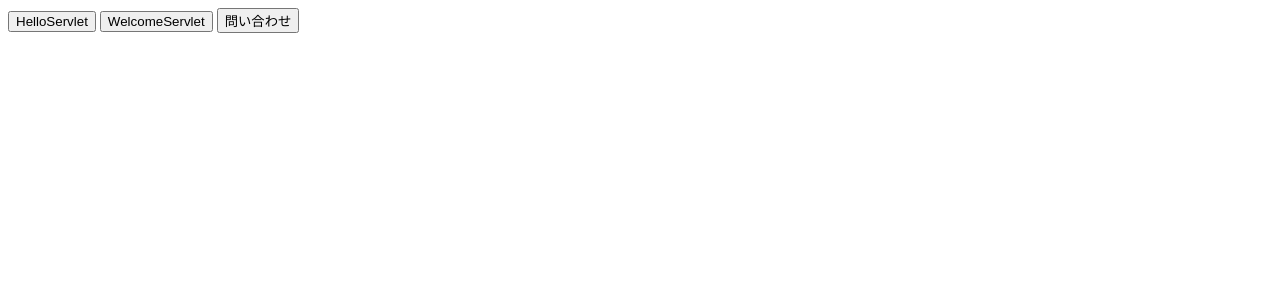
Repository: hmori696/test
Page: http://localhost/HelloServlet/
The author's editor kept a copy of each file at every save. The page is drawn from the files as they stood at one save, then again after the next save.
The browser window is 1280 px wide. The pictures show the whole page.
The page is served by Tomcat 9.

Above is the page before, as saved 2019-09-04 10:41:35.

After the next save:
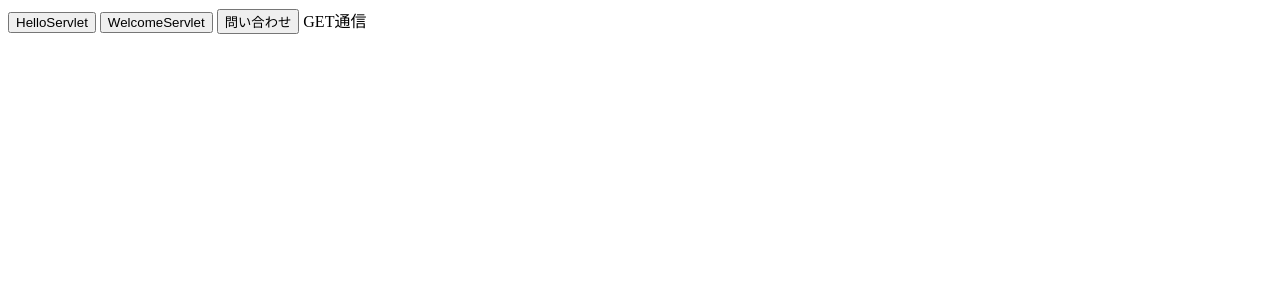
Saved 4 min 39 s later.
--- a/HelloServlet/WebContent/index.jsp
+++ b/HelloServlet/WebContent/index.jsp
@@ -11,5 +11,21 @@
 <input type="button"value="WelcomeServlet"onClick="location.href='welcome.jsp'">
 <input type="button"value="問い合わせ"onClick="location.href='inquiry.jsp'">
 
+GET通信
+<form method="get"action="TestServlet">
+
+
+
+
+
+</form>
+
+
+
+
+
+
+
+
 </body>
 </html>
